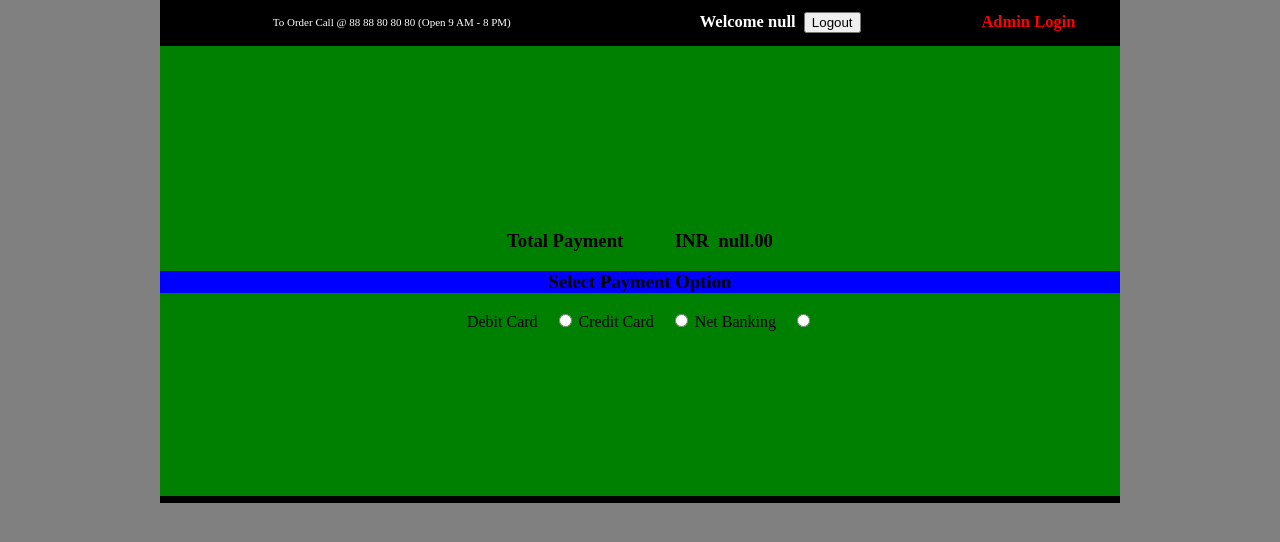
Repository: aashi12/e_mandi
Page: http://localhost/e_mandi/checkOut.jsp
An editor plug-in stored every save of this project. The page is shown before and after the next save, followed by the edit.
The browser window is 1280 px wide. The pictures show the whole page.
The page is served by Tomcat 9. Other server files are loaded and not shown.

Above is the page before, as saved 2014-04-13 10:39:30.

### e_mandi/WebContent/checkOut.jsp
<%@ page language="java" contentType="text/html; charset=ISO-8859-1"
    pageEncoding="ISO-8859-1"%>
<!DOCTYPE html PUBLIC "-//W3C//DTD HTML 4.01 Transitional//EN" "http://www.w3.org/TR/html4/loose.dtd">
<html>
<head>
<meta http-equiv="Content-Type" content="text/html; charset=ISO-8859-1">
<title>Online e-Mandi</title>
<link rel="stylesheet" href="style.css" />
</head>
<body bgcolor="gray">
<div id="container">
<div id="main">
<table border="0" width="960" height="255" cellspacing="0" cellpadding="0">
<tr>
<td height="30" bgcolor="black" class="order">
<table border="0" width="960" height="30" cellspacing="0" cellpadding="0">
<tr>
<td align="center"><p>To Order Call @ 88 88 80 80 80 (Open 9 AM - 8 PM)</p></td>
<td align="center">
<!-- user login details -->
<%
String usd =(String)session.getAttribute("user");
out.print("<h2>Welcome "+usd); %>&nbsp;
<a href="Logout1"><input type="button" value="Logout"></a></h2> </td>
<td align="center"><h2 class="admin"><a href="#">Admin Login</a></h2></td>
</tr></table></td>
</tr>
<tr>
<td bgcolor="green" height="450" align="center">
<!--  payment details    -->
<% Integer tot=(Integer)session.getAttribute("amount"); %>
<h3>Total Payment &nbsp;&nbsp;&nbsp;&nbsp;&nbsp;&nbsp;&nbsp;&nbsp;&nbsp;&nbsp;INR &nbsp;<%= tot %>.00</h3>
<h3 style="background: blue">Select Payment Option</h3>
Debit Card &nbsp;&nbsp;&nbsp;<input type="radio" name="pay"/>
Credit Card &nbsp;&nbsp;&nbsp;<input type="radio" name="pay"/>
Net Banking &nbsp;&nbsp;&nbsp;<input type="radio" name="pay"/>

</td>
</tr>
<tr>
<td height="7" bgcolor="black"></td>
</tr>
</table>
</div>
</div>
</body>
</html>

### e_mandi/WebContent/style.css
#container{margin-top:-10px;}
#main{margin: 0px auto;width:960px;}
.tab{color:#000;text-decoration:none;}
.tab a{color:#000;text-decoration:none;}
.tab a:hover{color:#fff;text-decoration:none;}
.tab12{color:#fff;text-decoration:none;}
.tab12 a{color:#fff;text-decoration:none;}
.tab12 a:hover{color:red;text-decoration:none;}
.bann{background-image: url(images/header.jpg);}
.order{color:#fff; font-size:11px;}
.free{padding-left:400px;}
.logo{padding-bottom:50px;}
.basket{border-radius:10px;}
.foot{color:#fff;}
.cat{color:#000;text-decoration:none;}
.cat a{color:red;text-decoration:none;}
.cat a:hover{color:green;text-decoration:none;}
.admin{color:red;text-decoration:none; }
.admin a{color:red; text-decoration:none;}
.admin a:hover{color:#fff;text-decoration:none; }
#con1{padding-left:20px;padding-right:20px;}
img{border:none;}
a{text-decoration:none;}
.log a{text-decoration:none;}
.section a{color:green;text-decoration:none;}
.section a:hover{color:red;text-decoration:none;}
.quick{color:green;text-decoration:underline;}
#login
{
	text-align:center;

}

After the next save:
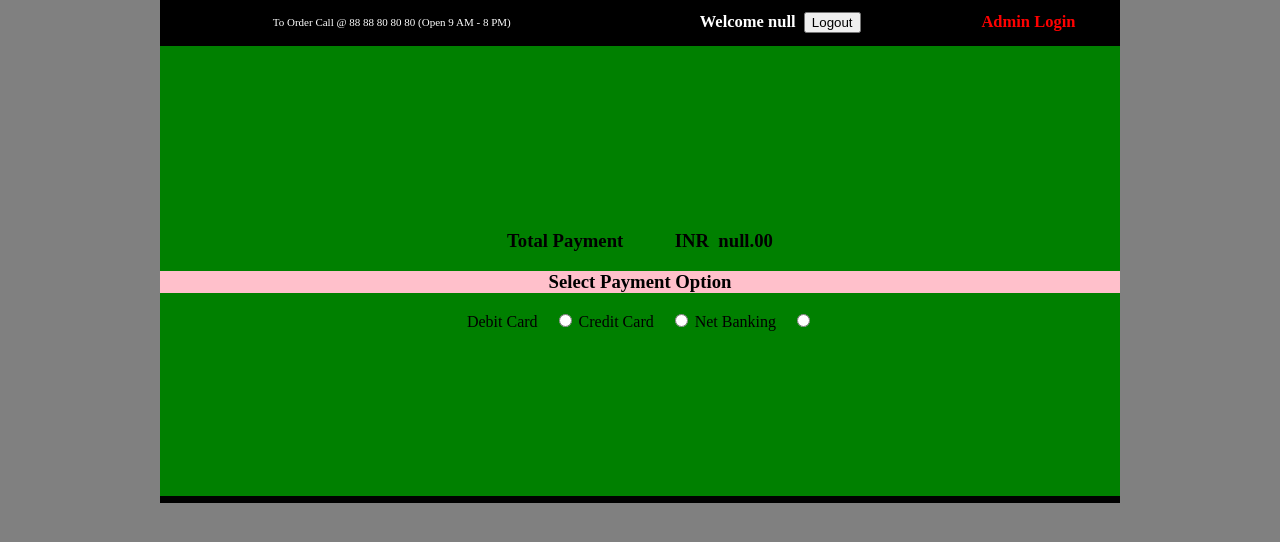
Saved 21 s later.
--- a/e_mandi/WebContent/checkOut.jsp
+++ b/e_mandi/WebContent/checkOut.jsp
@@ -30,7 +30,7 @@ out.print("<h2>Welcome "+usd); %>&nbsp;
 <!--  payment details    -->
 <% Integer tot=(Integer)session.getAttribute("amount"); %>
 <h3>Total Payment &nbsp;&nbsp;&nbsp;&nbsp;&nbsp;&nbsp;&nbsp;&nbsp;&nbsp;&nbsp;INR &nbsp;<%= tot %>.00</h3>
-<h3 style="background: blue">Select Payment Option</h3>
+<h3 style="background: pink">Select Payment Option</h3>
 Debit Card &nbsp;&nbsp;&nbsp;<input type="radio" name="pay"/>
 Credit Card &nbsp;&nbsp;&nbsp;<input type="radio" name="pay"/>
 Net Banking &nbsp;&nbsp;&nbsp;<input type="radio" name="pay"/>
